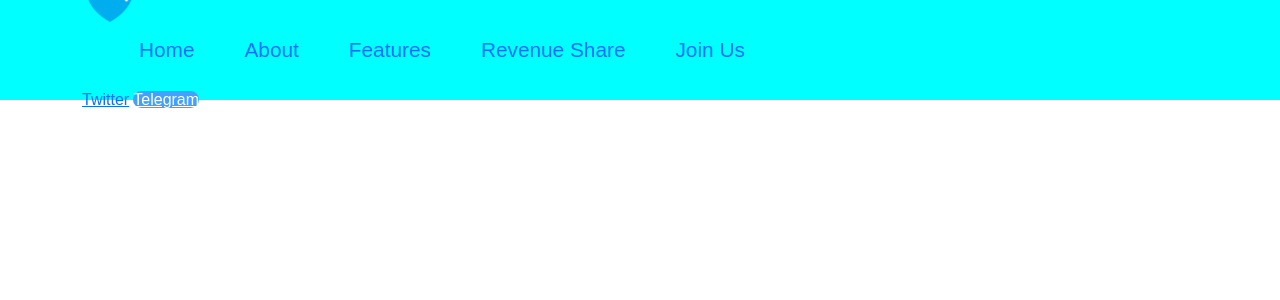
Repository: andinhle/lovetech
Page: index.html
An editor plug-in stored every save of this project. The page is shown before and after the next save, followed by the edit.
The browser window is 1280 px wide. The pictures show the whole page.

Above is the page before, as saved 2023-08-21 19:42:52.

### index.html
<!DOCTYPE html>
<html lang="en">
<head>
    <meta charset="UTF-8">
    <meta name="viewport" content="width=device-width, initial-scale=1.0">
    <meta http-equiv="X-UA-Compatible" content="ie=edge">
    <meta name="Description" content="Enter your description here"/>
    <link rel="stylesheet" href="https://cdnjs.cloudflare.com/ajax/libs/twitter-bootstrap/5.1.0/css/bootstrap.min.css">
    <link rel="stylesheet" href="https://cdnjs.cloudflare.com/ajax/libs/font-awesome/5.15.4/css/all.min.css">
    <link rel="stylesheet" href="asset/style.css">
    <title>Love Tech | Home</title>
</head>
<body>
    <div id="wrapper">
        <div id="layout">
            <header id="header" class="d-flex align-items-center">
                <div class="container head-menu d-flex justify-content-between">
                    <div class="col-md-12 ">
                        <div class="col-md-1">
                            <a href="index.html"><img src="asset/img/logo.svg" alt=""></a>
                        </div>
                        <nav class="menu col-md-9">
                            <ul class="d-flex menu-list">
                                <li><a href="">Home</a></li>
                                <li><a href="">About</a></li>
                                <li><a href="">Features</a></li>
                                <li><a href="">Revenue Share</a></li>
                                <li><a href="">Join Us</a></li>
                            </ul>
                        </nav>
                        <div class="join-tg-tw-head col-md-2">
                            <a href="">Twitter</a>
                            <a href="">Telegram</a>
                        </div>
                    </div>
                </div>
                <div class="head-menu d-flex justify-content-between align-items-center">



                </div>
            </header>
        </div>
    </div>
<script src="https://cdnjs.cloudflare.com/ajax/libs/popper.js/2.9.2/umd/popper.min.js"></script>
<script src="https://cdnjs.cloudflare.com/ajax/libs/twitter-bootstrap/5.1.0/js/bootstrap.min.js"></script>
</body>
</html>

### asset/style.css
*{
    padding: 0;
    margin: 0;
    font-family: Arial, Helvetica, sans-serif;
    box-sizing: border-box;
}
:root{
    ---text-color: white;
    ---background-color:rgb(65, 161, 255);
}
#header{
    height: 100px;
    background-color: aqua;
}
.join-tg-tw-head a:last-child{
    width: 100px;
    border-radius: 50px;
    line-height: 50px;
    color: var(---text-color);
    background: var(---background-color);
}
.menu{
    height: 50px;
    line-height: 50px;
}
.menu-list li{
    list-style-type: none;
    padding: 0px 25px;
}
.menu-list li a{
    text-decoration: none;
    font-size: 1.3em;
}

### asset/img/logo.svg
<svg width="55" height="50" viewBox="0 0 55 50" fill="none" xmlns="http://www.w3.org/2000/svg" xmlns:xlink="http://www.w3.org/1999/xlink">
<rect width="54.0984" height="50" fill="url(#pattern0)"/>
<defs>
<pattern id="pattern0" patternContentUnits="objectBoundingBox" width="1" height="1">
<use xlink:href="#image0_1_2" transform="matrix(0.00036991 0 0 0.000400231 -0.242424 -0.295082)"/>
</pattern>
<image id="image0_1_2" width="4096" height="4096" xlink:href="data:[embedded picture, 516470 characters]"/>
</defs>
</svg>

After the next save:
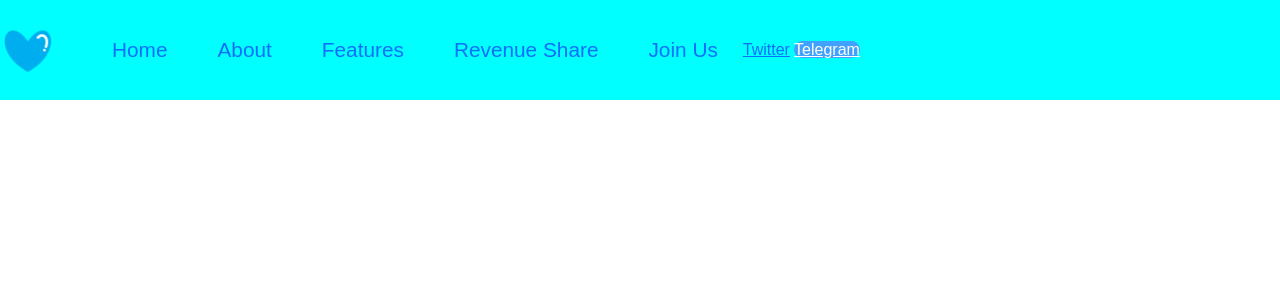
Saved 22 s later.
--- a/index.html
+++ b/index.html
@@ -14,30 +14,26 @@
     <div id="wrapper">
         <div id="layout">
             <header id="header" class="d-flex align-items-center">
-                <div class="container head-menu d-flex justify-content-between">
-                    <div class="col-md-12 ">
-                        <div class="col-md-1">
-                            <a href="index.html"><img src="asset/img/logo.svg" alt=""></a>
-                        </div>
-                        <nav class="menu col-md-9">
-                            <ul class="d-flex menu-list">
-                                <li><a href="">Home</a></li>
-                                <li><a href="">About</a></li>
-                                <li><a href="">Features</a></li>
-                                <li><a href="">Revenue Share</a></li>
-                                <li><a href="">Join Us</a></li>
-                            </ul>
-                        </nav>
-                        <div class="join-tg-tw-head col-md-2">
-                            <a href="">Twitter</a>
-                            <a href="">Telegram</a>
-                        </div>
+                <div class="row">
+                    <div class="col-md-12 head-menu d-flex justify-content-between align-items-center">
+                        <div class="col-"></div>
                     </div>
                 </div>
                 <div class="head-menu d-flex justify-content-between align-items-center">
-
-
-
+                    <a href="index.html"><img src="asset/img/logo.svg" alt=""></a>
+                    <nav class="menu">
+                        <ul class="d-flex menu-list">
+                            <li><a href="">Home</a></li>
+                            <li><a href="">About</a></li>
+                            <li><a href="">Features</a></li>
+                            <li><a href="">Revenue Share</a></li>
+                            <li><a href="">Join Us</a></li>
+                        </ul>
+                    </nav>
+                    <div class="join-tg-tw-head">
+                        <a href="">Twitter</a>
+                        <a href="">Telegram</a>
+                    </div>
                 </div>
             </header>
         </div>
